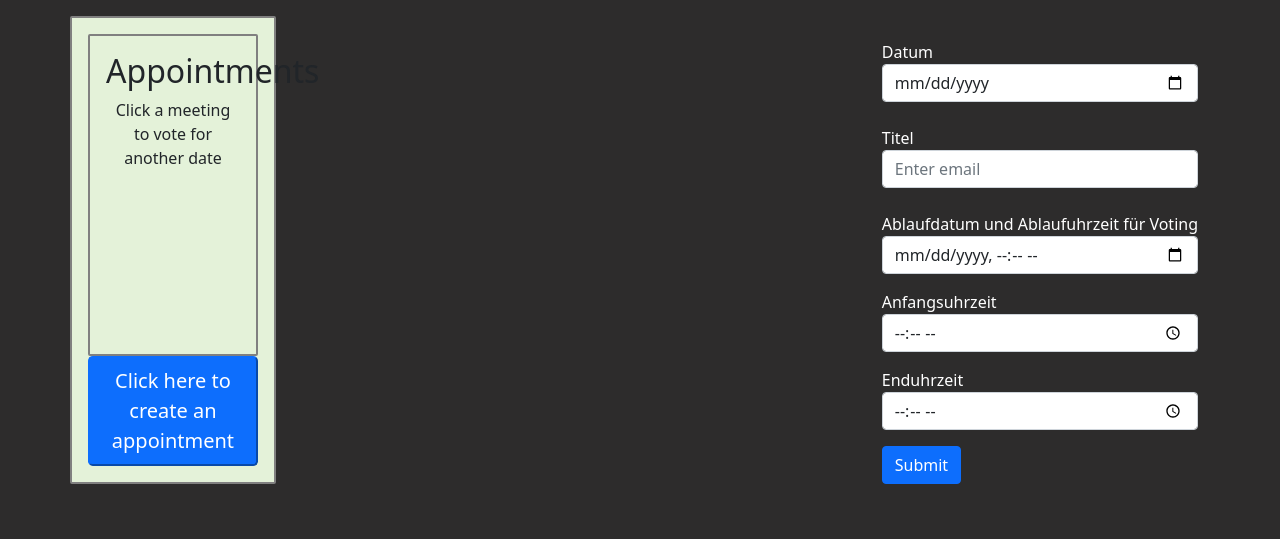
Repository: wlichon/Semesterprojekt
Page: index.html
The author's editor kept a copy of each file at every save. The page is drawn from the files as they stood at one save, then again after the next save.
The browser window is 1280 px wide. The pictures show the whole page.
The page's requests for data from a server got no answer. Some web libraries are served in a nearby version.

Above is the page before, as saved 2022-04-22 20:52:23.

After the next save:
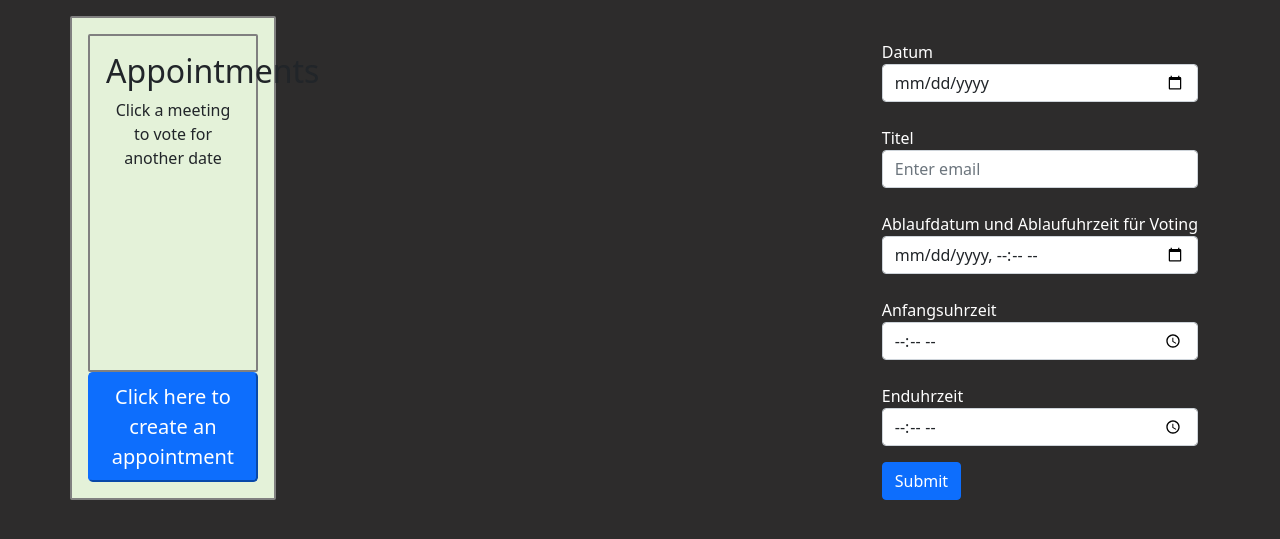
Saved 8 s later.
--- a/index.html
+++ b/index.html
@@ -94,11 +94,11 @@
                 <input type="datetime-local" class="form-control" id="exampleInputEmail1" aria-describedby="emailHelp">
             </div>
               <div class="form-group">
-                <label for="exampleInputEmail1" class ="text-white mt-3">Anfangsuhrzeit</label>
+                <label for="exampleInputEmail1" class ="text-white mt-4">Anfangsuhrzeit</label>
                 <input type="time" class="form-control" id="exampleInputEmail1" aria-describedby="emailHelp">
             </div>
               <div class="form-group">
-                <label for="exampleInputEmail1" class ="text-white mt-3">Enduhrzeit</label>
+                <label for="exampleInputEmail1" class ="text-white mt-4">Enduhrzeit</label>
                 <input type="time" class="form-control" id="exampleInputEmail1" aria-describedby="emailHelp">
             </div>
             <button type="submit" class="btn btn-primary mt-3">Submit</button>
